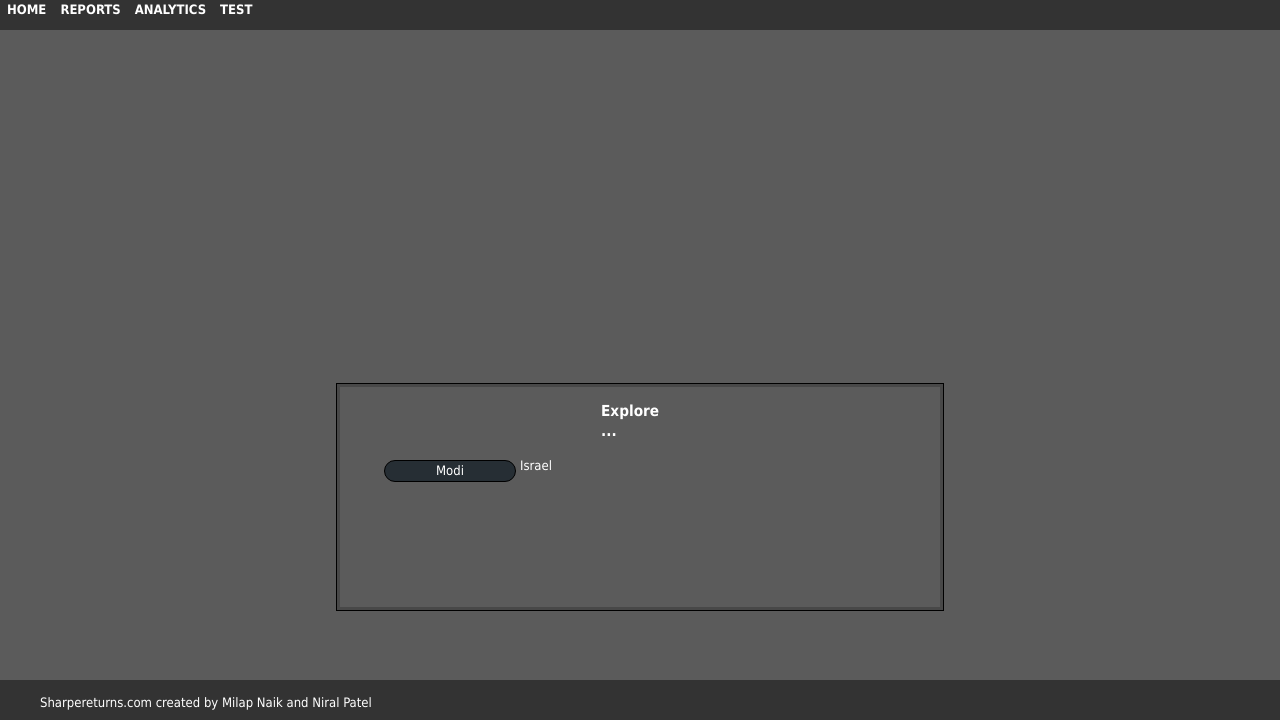
Repository: MilapNaik/Sharpereturns
Page: index.html
The author's editor kept a record of every edit. The page is drawn from the files as they stood at one moment, then again after the next edit.
The browser window is 1280 px wide. The pictures show the whole page.

Above is the page before.

### index.html
<!DOCTYPE html>
<html>
<head>
<meta charset="UTF-8">
<meta name="description" content="Finance Forum">
<meta name="keywords" content="Share Economy, India, Finance, Stocks,
								Analysis, Uber, Lyft, TaskRabbit">
<meta name="author" content="Milap Naik">
<link rel="shortcut icon" href="pics/favicon.ico">
	<title>Sharpereturns</title>

	<link rel="stylesheet" type="text/css" href="style.css"/>

	<!--[if lt IE 9]>
  	<script src="http://html5shiv.googlecode.com/svn/trunk/html5.js"></script>
  	<![endif]-->
</head>
<body>
	<nav>
	<ul>
		<li><a href="/">Home</a></li>
		<li><a href="/reports">Reports</a></li>
		<li><a href="/analytics">Analytics</a></li>
		<li><a href="/test">test</a></li>
	</ul>
	</nav>

	<br>
	<br>

	<section id = "ad">
		<script async src="//pagead2.googlesyndication.com/pagead/js/adsbygoogle.js"></script>
			<!-- Home Page -->
			<ins class="adsbygoogle"
	     		style="display:inline-block;width:336px;height:280px"
	     		data-ad-client="ca-pub-3095210410543033"
	     		data-ad-slot="3835040104"></ins>
		<script>
			(adsbygoogle = window.adsbygoogle || []).push({});
		</script>
	</section>

    <br>
    <br>
    <br>
    <section id = "outer">
    	<section id = "inner">
    		<h1 id="title">
    			Explore ...
    		</h1>
    		<section>
				<ul>
			<li><a href="/modi.php">Modi</a></li>
				</ul>
    		</section>
    		Israel
    	</section>
    </section>
</body>
<footer>
	<p>Sharpereturns.com created by Milap Naik and Niral Patel</p>
</footer>
</html>

### style.css
header, footer, aside, nav, section, main, article, figure {
    display: block;
}

body {
    margin: 0;
    padding: 0;
    color: #FFFFFF;
    font-family: Tahoma, Geneva, sans-serif;
    font-size: 13px;
    line-height: 1.5em;
    background-color: #5b5b5b;/*#FEFEF3;*/

}

nav {
    background-color: #333;
    width: 100%;
    height: 30px;
    top: 0;
    position: fixed;
}
nav ul {
    list-style-type: none;
    margin: 0;
    padding: 0;
    overflow: hidden;
    width: 1000px;

}
nav ul li {
    list-style-type: none;
    display: inline;
    float: left;
}

nav a:link,
nav a:visited {
    /*display: block;*/
    width: 135px;
    font-weight: bold;
    color: #FFFFFF;
    background-color: #333;
    text-align: center;
    padding: 7px;
    text-decoration: none;
    text-transform: uppercase;
}

h3{ font-weight:bold; }
h5{ font-style: italic; }
p{ margin-left: 40px; }

#holders {
    /*Table in reports*/
    width:70%;
    margin-left:15%;
    margin-right:15%;
    }

section ul {
    list-style-type: none;
}

section ul li{
    list-style-type: none;

    float: left;
}

section a:link,
section a:visited {
    /*group of links in index & share*/
    display: block;
    width: 130px;
    color: #FFFFFF;
    background-color: #262e34;
    text-align: center;
    margin: 4px;
    border: 1px solid black;
    border-radius: 20px;
    text-decoration: none;
}
section a:hover {
    /*group of links in index & share*/
    display: block;
    width: 130px;
    color: #FFFFFF;
    background-color: brown;
    text-align: center;
    margin: 4px;
    border: 1px solid black;
    border-radius: 20px;
    text-decoration: none;
}
footer {
    background-color: #333;
    width: 100%;
    height: 40px;
    bottom: 0;
    position: fixed;
}

.date{
    position: absolute;
    right: 0px;
    bottom: 0px;
}

#sidebar{
    float: right;
    width: 25%;
    border-left: 1px solid black;
    padding: 5px;
}

#outer{
    margin-left: auto;
    margin-right: auto;
    width: 606px;
    height: 226px;
    border: 1px solid black;
}

#inner{
    margin-left: auto;
    margin-right: auto;
    width: 600px;
    height: 220px;
    border: 3px solid #484848;
}

#title{
    margin-left: auto;
    margin-right: auto;
    width: 78px;
}

After the next edit:
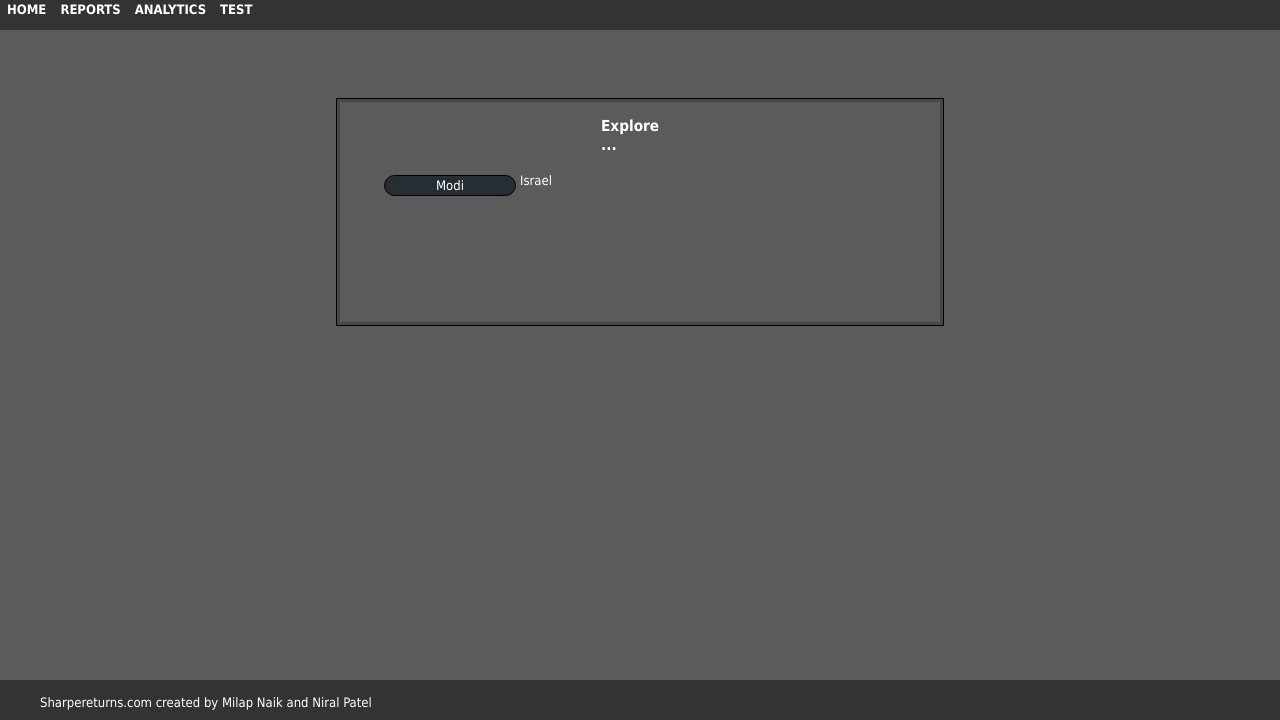
The edit:
--- a/style.css
+++ b/style.css
@@ -114,6 +114,10 @@
     padding: 5px;
 }
 
+#ad{
+    float:right;
+}
+
 #outer{
     margin-left: auto;
     margin-right: auto;
